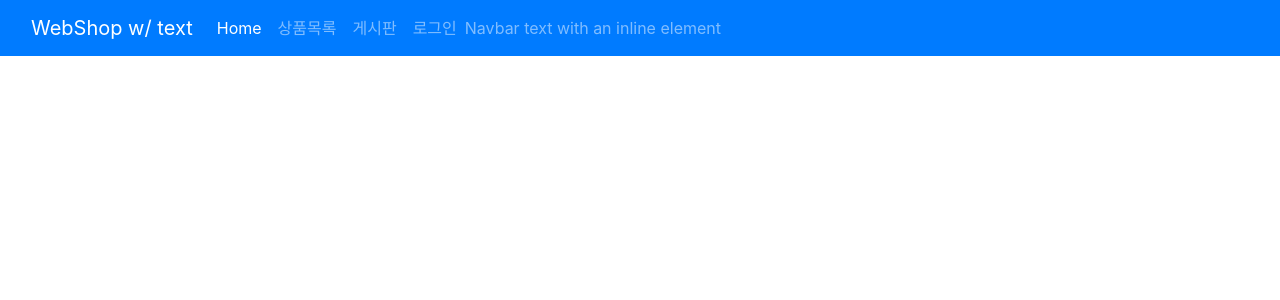
Repository: khss4008/JSP_project
Page: http://localhost/WebShop/product/products.jsp
These files come from the project's save history. The page is drawn as it stood at one moment and after the next save; the edit follows.
The browser window is 1280 px wide. The pictures show the whole page.
The page is served by Tomcat 9.

Above is the page before, as saved 2021-11-03 02:25:41.

After the next save:
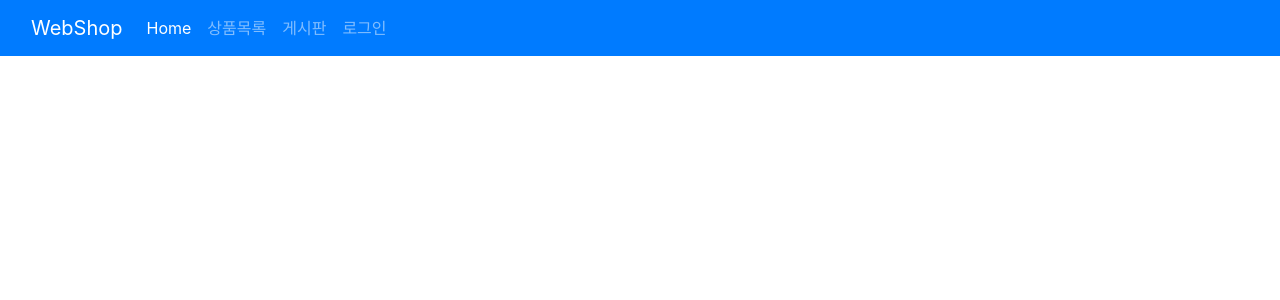
Saved 4 min 33 s later.
--- a/WebShop/WebContent/header.jsp
+++ b/WebShop/WebContent/header.jsp
@@ -5,7 +5,7 @@
 
 <nav class="navbar navbar-expand-lg navbar-dark bg-primary">
   <div class="container-fluid">
-    <a class="navbar-brand" href="#">WebShop w/ text</a>
+    <a class="navbar-brand" href="#">WebShop</a>
     <button class="navbar-toggler" type="button" data-bs-toggle="collapse" data-bs-target="#navbarText" aria-controls="navbarText" aria-expanded="false" aria-label="Toggle navigation">
       <span class="navbar-toggler-icon"></span>
     </button>
@@ -26,7 +26,6 @@
 
       </ul>
       <span class="navbar-text">
-        Navbar text with an inline element
       </span>
     </div>
   </div>
